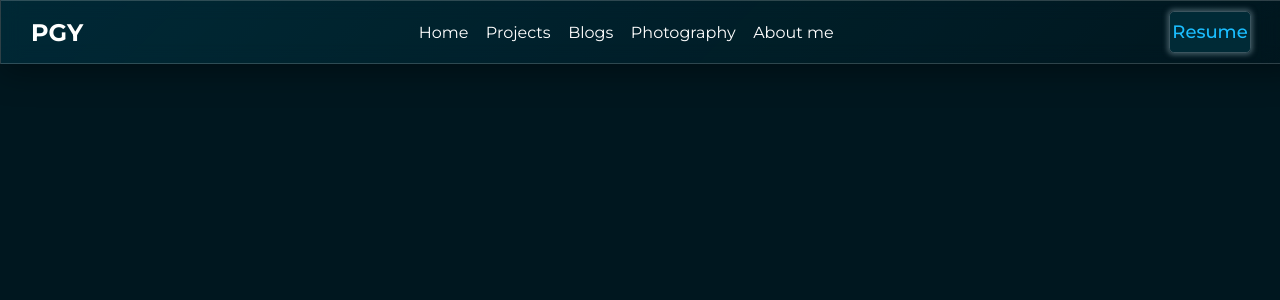
Repository: pgyunknown/pgyunknown
Page: photography.html
The author's editor kept a copy of each file at every save. The page is drawn from the files as they stood at one save, then again after a run of saves.
The browser window is 1280 px wide. The pictures show the whole page.
Some web libraries are served in a nearby version.

Above is the page before, as saved 2024-08-22 10:35:42.

### photography.html
<!DOCTYPE html>
<html lang="en">
<head>
    <meta charset="UTF-8">
    <meta name="viewport" content="width=device-width, initial-scale=1.0">
    <title>Personal portfolio</title>
    <link rel="stylesheet" href="index.css">
    <link rel="preconnect" href="https://fonts.googleapis.com">
<link rel="preconnect" href="https://fonts.gstatic.com" crossorigin>
<link href="https://fonts.googleapis.com/css2?family=Libre+Baskerville:ital,wght@0,400;0,700;1,400&family=Montserrat:ital,wght@0,100..900;1,100..900&family=Titillium+Web:ital,wght@0,200;0,300;0,400;0,600;0,700;0,900;1,200;1,300;1,400;1,600;1,700&display=swap" rel="stylesheet">
<link rel="stylesheet" href="https://cdnjs.cloudflare.com/ajax/libs/font-awesome/6.6.0/css/all.min.css" integrity="sha512-Kc323vGBEqzTmouAECnVceyQqyqdsSiqLQISBL29aUW4U/M7pSPA/gEUZQqv1cwx4OnYxTxve5UMg5GT6L4JJg==" crossorigin="anonymous" referrerpolicy="no-referrer" />
</head>
<body>

    <header>
        <div class="pgy_con">
                <div class="pgy"><a href="#">PGY</a></div>
        </div>
        <nav>
                <div class="nav_bar">
                <a href="#" id="home">Home</a>
                <a href="#"id="projects">Projects</a>
                <a href="blog.html"id="blogs">Blogs</a>
                <a href="#"id="photo">Photography</a>
                <a href="#"id="About">About me</a>
                </div>
            </nav>
        <div class="resume_con">
                <button onclick="alert('Resume yet to be uploaded')">Resume</button>
        </div>
    </header>

### index.css
*{margin: 0px;
    padding: 0px;
}
body{
    background-color: #00171F;
    color: white;
    box-sizing: border-box;


}
a{
    text-decoration: none;
    color: inherit;
}

header{
    display: flex;
    justify-content: space-between;
    align-items: center;
    padding: 10px;
    /* Glassy effect */
    background: linear-gradient(135deg, rgba(0, 200, 255, 0.1), rgba(255, 255, 255, 0));
    backdrop-filter: blur(10px);
    -webkit-backdrop-filter: blur(10px);
    border:1px solid rgba(255, 255, 255, 0.18);
    box-shadow: 0 8px 32px 0 rgba(0, 0, 0, 0.37);

    overflow: hidden;
    position: fixed; /* Set the navbar to fixed position */
    top: 0; /* Position the navbar at the top of the page */
    width: 100%;
}

.pgy_con
{
    margin-left: 20px;
    font-family: "Montserrat", sans-serif;
    font-optical-sizing: auto;
    font-size: x-large;
    font-weight: 700;
    font-style: normal;
    align-items: end;

}

.pgy_con .pgy a{
    text-decoration: none;
}
.nav_bar {
        /* height: 50px; */
    width: 500px;
    display: flex;
    justify-content: space-evenly;

    transition-property: all;
    transition-timing-function: ease-in-out;
    transition-delay: 1s;


}

.nav_bar a{
    box-sizing: border-box;
    font-family: "Montserrat", sans-serif;
    font-optical-sizing: auto;
    font-weight: 400;
    font-style: normal
    text-decoration: none;
    justify-content: space-around;
    align-items: center;
    padding-top:10px;
    padding-bottom :10px;
    /* padding-right:10px ;
    padding-left:10px ; */
}

.nav_bar a:hover{
    color: #FFC107;
    text-shadow: #FFC107 0px 0px  1px;
    border-bottom: 0.5px solid #FFC107;


}


.resume_con {
    display: flex;
    justify-content: center;
    margin-right: 20px;
    background-color: #00171F;
    margin-right: 40px;
}
.resume_con button{
    background-color:rgba(0, 200, 255, 0.1);
    box-sizing: content-box;
    height: 2.5rem;
    width: 5rem;
    font-family: "Montserrat", sans-serif;
    font-optical-sizing: auto;
    font-size: large;
    font-weight: 500;
    font-style: normal;
    color: #1ABEFF;
    border: 0.0001px solid #3c555f;
    border-radius: 0.3rem;
    box-shadow: 0px 0px 5px 2px #3c555f;

}



main{
    display: flex;
    justify-content:space-around;
    align-items: center;
    padding: 4.6rem;
    margin: 3.4rem;
}
.contianer img{
    display: flex;
    justify-content: center;
    height: 500px;
    width:400px;
    border-radius:10px;
    border: 1px solid #2792bd;
    box-shadow: 0px 0px 35px 1px #2792bd;

}

.text_intro{
    display: flex;
    justify-content: space-around;
    flex-direction:column;
    font-family: "Montserrat", sans-serif;
    font-optical-sizing: auto;
    font-size: x-large;
    font-weight: 500;
    font-style: normal;
    align-items: start;

}

.intro {
  color:;
}
.title {
    color: #00C8FF;
}
.description {

  font-size: 24px;
  color: #FFC107;
}

.description span{
    font-size: 24px;
}

footer{
    display: flex;
    flex-direction:column;
    justify-content: space-evenly;
    align-items: center;
    margin-bottom: 20px;

    font-family: "Montserrat", sans-serif;
    font-optical-sizing: auto;
    font-size: small;
    font-weight: 300;
    font-style: normal;
}

.footer_icons{
    display: flex;
    justify-content: center;
    align-items: center;
    width: 50px;
    height: 50px;
}



.copyrights{
    display: flex;
    justify-content: center;
    align-items: center;
}

.footer_icons a{
font-size: medium;
padding: 10px;
width: 50px;
height: 50px;
display: flex;
justify-content: center;
align-items: center;

}

@media (min-width:720px) {
    main {
        flex-direction: row;
        padding: 1rem;
        margin: 10rem;
    }

    .container img {
        height: 200px;
        width: 200px;
    }

    .text_intro {
        margin-left: 50px;
    }

    .nav_bar {
        width: 450px;
    }
}

After the next 2 saves:
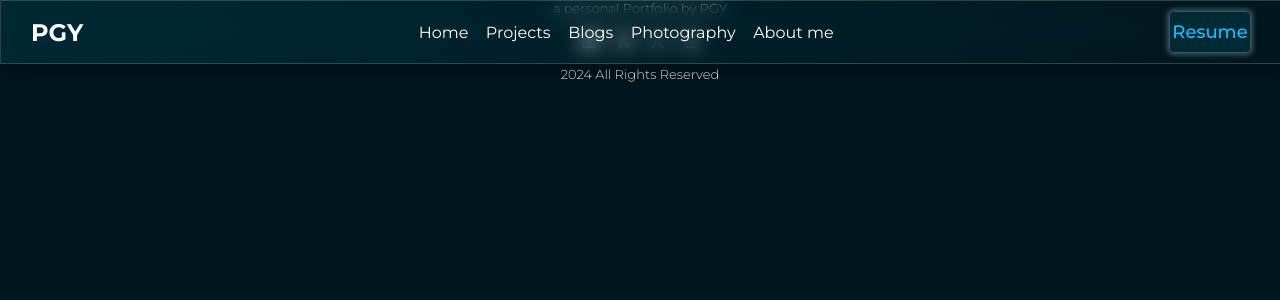
The 2 saves are shown as one change because they came seconds apart.
The last was saved 12 s later.
--- a/photography.html
+++ b/photography.html
@@ -29,3 +29,20 @@
                 <button onclick="alert('Resume yet to be uploaded')">Resume</button>
         </div>
     </header>
+
+
+<footer>
+        <div class="footer_port">a personal Portfolio by PGY</div>
+        <div class="footer_icons">
+            <a href="https://www.linkedin.com/in/p-gokul-yadav-82548a295?utm_source=share&utm_campaign=share_via&utm_content=profile&utm_medium=android_app" alt="Gokul's linkedin profile" target="_blank"><i class="fa-brands fa-linkedin"></i></a>
+            <a href="https://github.com/pgyunknown" alt="Gokul Github profile" target="_blank" alt="Gokul's Github profile" ><i class="fa-brands fa-github"></i></a>
+            <a href=" https://x.com/cody_hunk?t=EkARfGCWhhBT_BHbby4DGw&s=08 " target="_blank" alt="Gokul's X profile" ><i class="fa-brands fa-x" ></i></a>
+            <a href="#" target="_blank" alt="Gokul's fa-instagram profile" ><i class="fa-brands fa-instagram" ></i></a>
+        </div>
+        <div class="copyrights">2024 All Rights Reserved</div>
+    </footer>
+
+
+
+</body>
+</html>
